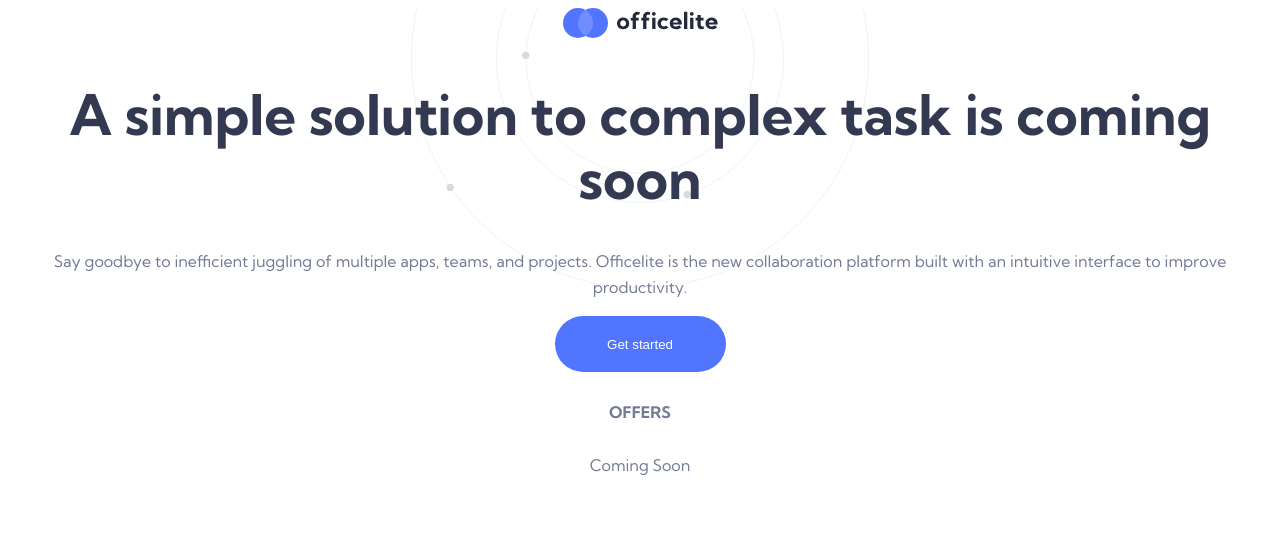
Repository: jodelajo/frontend-css-challenge
Page: index.html
The author's editor kept a copy of each file at every save. The page is drawn from the files as they stood at one save, then again after the next save.
The browser window is 1280 px wide. The pictures show the whole page.

Above is the page before, as saved 2022-02-28 13:38:53.

### index.html
<!DOCTYPE html>
<html lang="en">
  <head>
    <meta charset="UTF-8" />
    <meta name="viewport" content="width=device-width, initial-scale=1.0" />

    <link
      rel="icon"
      type="image/png"
      sizes="32x32"
      href="./assets/favicon-32x32.png"
    />
    <link rel="preconnect" href="https://fonts.googleapis.com" />
    <link rel="preconnect" href="https://fonts.gstatic.com" crossorigin />
    <link
      href="https://fonts.googleapis.com/css2?family=Kumbh+Sans:wght@400;700&display=swap"
      rel="stylesheet"
    />

    <link href="./assets/styles/styles.css" type="text/css" rel="stylesheet" />
    <link href="./assets/styles/index.css" type="text/css" rel="stylesheet" />
    <title>Frontend Mentor | Officelite coming soon site</title>
  </head>
  <body>
    <main>
      <div class="first-block">
        <div>
          <img src="./assets/shared/logo.svg" alt="logo-officelite" />
        </div>
        <h1>A simple solution to complex task is coming soon</h1>
        <p>
          Say goodbye to inefficient juggling of multiple apps, teams, and
          projects. Officelite is the new collaboration platform built with an
          intuitive interface to improve productivity.
        </p>
        <button class="button-blue">Get started</button>
      </div>
      <h3>Offers</h3>
      <div>Coming Soon</div>
    </main>
  </body>
</html>

### assets/styles/styles.css
:root {
  --colors-blue: #5175ff;
  --colors-dark: #333950;
  --colors-grey: #747b95;
  --colors-light-blue: #829cff;
  --colors-blackblue: #25293a;
  --colors-red: #f05b5b;
}

/* MOBILE STYLES */
body {
  font-family: "Kumbh Sans", sans-serif;
  color: var(--colors-grey);
  font-size: 16px;
  line-height: 26px;
  font-weight: 400;
  text-align: center;
}

h1 {
  font-weight: bold;
  font-size: 40px;
  line-height: 48px;
  text-align: center;
}
h2 {
  font-weight: bold;
  font-size: 20px;
  line-height: 28px;
}
h3 {
  text-transform: uppercase;
  font-weight: bold;
  font-size: 16px;
  line-height: 48px;
}

button {
  border-radius: 28px;
  border: none;
  width: 171px;
  height: 56px;
}

.button-blue {
  background-color: var(--colors-blue);
  color: white;
}
.first-block {
  background-image: url("../home/bg-pattern-header.svg");
  background-repeat: no-repeat;
  background-position: center -170px;
  background-attachment: fixed;
  background-size: 458px 458px;
}
.first-block h1 {
  color: var(--colors-dark);
}
/* TABLET STYLES */
@media (min-width: 767px) {
  h1 {
    font-size: 56px;
    line-height: 64px;
  }
  h2 {
    font-size: 20px;
    line-height: 28px;
  }
  h3 {
    font-size: 16px;
    line-height: 48px;
  }
}

/* DESKTOP STYLES */
@media (min-wdth: 1200px) {
}

### assets/styles/index.css
.first-block {
  background-image: url("../home/bg-pattern-header.svg");
  background-repeat: no-repeat;
  background-position: center -170px;
  background-attachment: fixed;
  background-size: 458px 458px;
}
.first-block h1 {
  color: var(--colors-dark);
}

### assets/home/bg-pattern-header.svg
<svg width="1134" height="1134" xmlns="http://www.w3.org/2000/svg"><g fill="none" fill-rule="evenodd"><circle stroke="#747B95" opacity=".25" cx="567" cy="567" r="355.5"/><circle stroke="#747B95" opacity=".25" cx="567" cy="567" r="566.5"/><circle stroke="#747B95" opacity=".25" cx="567" cy="567" r="282.5"/><g transform="translate(88 549)" fill="#D8DAE0"><circle cx="196" cy="9" r="9"/><circle cx="596" cy="354" r="9"/><circle cx="9" cy="336" r="9"/></g></g></svg>

After the next save:
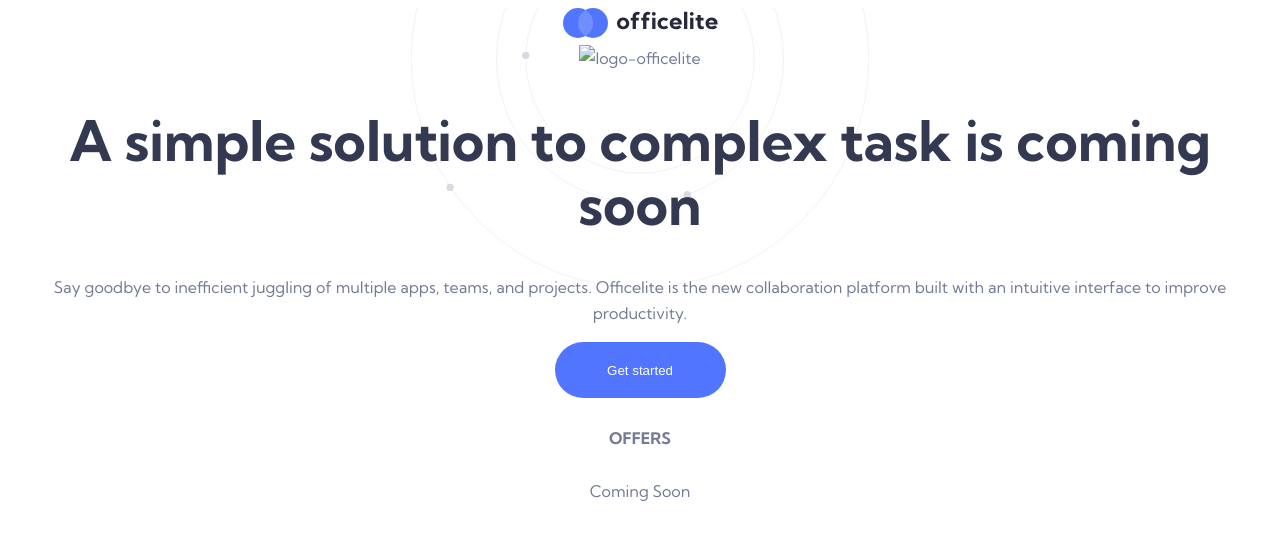
Not found: assets/shared/illustration-charts.svg
Saved 86 s later.
--- a/index.html
+++ b/index.html
@@ -27,6 +27,12 @@
         <div>
           <img src="./assets/shared/logo.svg" alt="logo-officelite" />
         </div>
+        <div>
+          <img
+            src="./assets/shared/illustration-charts.svg"
+            alt="logo-officelite"
+          />
+        </div>
         <h1>A simple solution to complex task is coming soon</h1>
         <p>
           Say goodbye to inefficient juggling of multiple apps, teams, and
